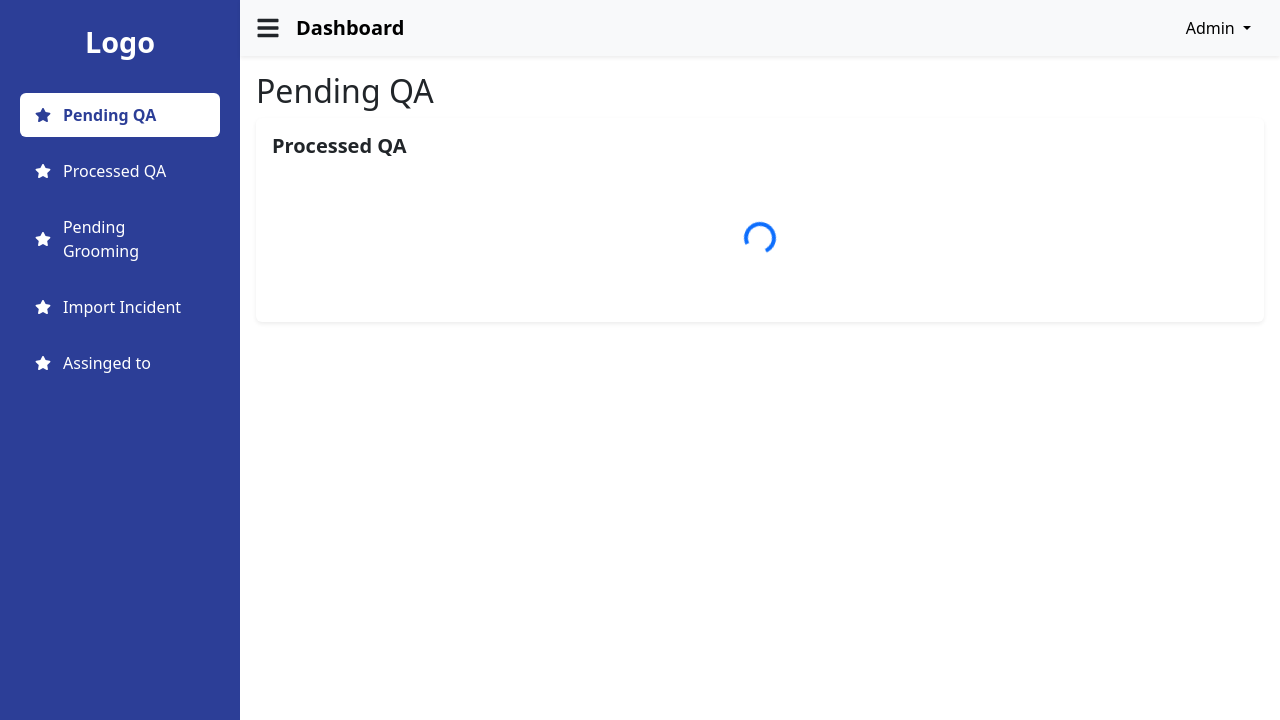
Repository: ArunGOW/ServiceNow_QA-audit
Page: /dashboard/pending-qa
An editor plug-in stored every save of this project. The page is shown before and after the next save, followed by the edit.
The browser window is 1280 px wide. The pictures show the whole page.
The project was rebuilt for these pictures with package versions that can differ from the ones it lists, and the page was loaded fresh each time. Also part of the build but not shown: vite.config.js, src/components/Login.jsx, src/components/layout/Topbar.css, src/hooks/useProcessedIncidents.jsx, src/components/tables/ProcessedQATable.jsx, src/pages/ProcessedQAPage.jsx, src/pages/GroomingPage.jsx, src/pages/ImportIncidentPage.jsx.

Above is the page before, as saved 2025-09-10 16:49:09.

### index.html
<!doctype html>
<html lang="en">
  <head>
    <meta charset="UTF-8" />
    <link rel="icon" href="data:," />
    <meta name="viewport" content="width=device-width, initial-scale=1.0" />
    <title>QA Tool</title>
  </head>
  <body>
    <div id="root"></div>
    <script type="module" src="/src/main.jsx"></script>
  </body>
</html>

### src/main.jsx
 import React from "react";
import ReactDOM from "react-dom/client";
import { BrowserRouter } from "react-router-dom";
import App from "./App";
import 'bootstrap/dist/css/bootstrap.min.css';


ReactDOM.createRoot(document.getElementById("root")).render(
  <BrowserRouter>
    <App />
  </BrowserRouter>
);

### src/App.jsx



//  import React from "react";
// import { Routes, Route, Navigate } from "react-router-dom";
// import Login from "./components/Login";
// import Dashboard from "./components/Dashboard";
// import { AuthProvider } from "./context/AuthContext";
// import ImportExcel from "./components/ImportExcel";


// function App() {
//   return (
//     <AuthProvider>
//       <Routes>

//         <Route path="/" element={<Navigate to="/login" replace />} />
//         <Route path="/login" element={<Login />} />
//         {/* <Route path="/dashboard" element={<Dashboard />} />
//         <Route path="/import-excel" element={<ImportExcel />} />

//         <Route path="/pending-qa" element={<Dashboard filter="Pending" />} /> */}
//         {/* ✅ Protect all dashboard routes */}
//         <Route
//           path="/dashboard/*"
//           element={
//             <ProtectedRoute>
//               <Layout>
//                 <Routes>
//                   <Route path="" element={<Dashboard />} />
//                   <Route path="processed-qa" element={<ProcessedQAPage />} />
//                   <Route path="pending-grooming" element={<GroomingPage />} />
//                   <Route path="import-incident" element={<ImportIncidentPage />} />
//                 </Routes>
//               </Layout>
//             </ProtectedRoute>
//           }
//         />


//       </Routes>
//     </AuthProvider>
//   );
// }

// export default App;

// src/App.jsx
import React from "react";
import { Routes, Route, Navigate } from "react-router-dom";
import Login from "./components/Login";
import Dashboard from "./components/Dashboard";
import { AuthProvider } from "./context/AuthContext";

// Pages
import PendingQAPage from "./pages/PendingQAPage";
import ProcessedQAPage from "./pages/ProcessedQAPage";
import GroomingPage from "./pages/GroomingPage";
import ImportIncidentPage from "./pages/ImportIncidentPage";

function App() {
  return (
    <AuthProvider>
      <Routes>
        {/* Redirect root to login */}
        <Route path="/" element={<Navigate to="/login" replace />} />

        {/* Login Page */}
        <Route path="/login" element={<Login />} />

        {/* Dashboard Layout with nested routes */}
        <Route path="/dashboard" element={<Dashboard />}>
          <Route path="pending-qa" element={<PendingQAPage />} />
          <Route path="processed-qa" element={<ProcessedQAPage />} />
          <Route path="pending-grooming" element={<GroomingPage />} />
          <Route path="import-incident" element={<ImportIncidentPage />} />
        </Route>
      </Routes>
    </AuthProvider>
  );
}

export default App;

### src/components/Dashboard.jsx
//  import { useState, useEffect, useContext } from "react";
// import axios from "axios";
// import Layout from "./layout/Layout";
// import PendingQATable from "./tables/PendingQATable";
// import ProcessedQATable from "./tables/ProcessedQATable";
// import PaginationControls from "./PaginationControls";
// import { AuthContext } from "../context/AuthContext";

// const Dashboard = () => {
//   const { user } = useContext(AuthContext); // ✅ get user info (user_sid)
//   const [pendingIncidents, setPendingIncidents] = useState([]);
//   const [processedIncidents, setProcessedIncidents] = useState([]);
//   const [loading, setLoading] = useState(true);
//   const [currentPage, setCurrentPage] = useState(1);
//   const [totalPages, setTotalPages] = useState(1);
//   const limit = 10;

//   useEffect(() => {
//     const fetchData = async () => {
//       if (!user?.user_sid) {
//         console.warn("⚠️ No user_sid found, skipping fetch.");
//         return;
//       }

//       setLoading(true);
//       try {
//         const skip = (currentPage - 1) * limit;

//         // ✅ Send skip, limit, and user_sid in POST body (NOT query string)
//         const res = await axios.post("http://localhost:8000/api/users/get/incidents", {
//           user_sid: user.user_sid,
//           skip,
//           limit,
//         });

//         console.log("📌 API Response:", res.data);

//         const allIncidents = res.data?.incidents || [];

//         setPendingIncidents(allIncidents.filter((i) => i.audit_status === "Pending"));
//         setProcessedIncidents(allIncidents.filter((i) => i.audit_status === "Completed"));

//         if (res.data?.totalCount) {
//           setTotalPages(Math.ceil(res.data.totalCount / limit));
//         }
//       } catch (error) {
//         console.error("❌ Error fetching incidents:", error);
//       } finally {
//         setLoading(false);
//       }
//     };

//     fetchData();
//   }, [currentPage, user]);

//   return (
//     <Layout>
//       <PendingQATable incidents={pendingIncidents} loading={loading} />
//       <ProcessedQATable incidents={processedIncidents} />
//       <div className="d-flex justify-content-center mt-3">
//         <PaginationControls
//           currentPage={currentPage}
//           totalPages={totalPages}
//           handlePrevious={() => setCurrentPage((p) => Math.max(p - 1, 1))}
//           handleNext={() => setCurrentPage((p) => p + 1)}
//         />
//       </div>
//     </Layout>
//   );
// };

// export default Dashboard;


// src/components/Dashboard.jsx
import { Outlet } from "react-router-dom";
import { useState } from "react";
import Sidebar from "./layout/Sidebar";
import Topbar from "./layout/Topbar";

const Dashboard = () => {
  const [sidebarOpen, setSidebarOpen] = useState(true);

  return (
    <div className="d-flex">
      {/* Sidebar */}
      {sidebarOpen && <Sidebar />}

      {/* Main Content */}
      <div className="flex-grow-1">
        <Topbar onToggleSidebar={() => setSidebarOpen(!sidebarOpen)} />
        <div className="p-3">
          <Outlet /> {/* Child routes render here */}
        </div>
      </div>
    </div>
  );
};

export default Dashboard;

### src/context/AuthContext.jsx
//  // src/context/AuthContext.jsx
// import { createContext, useContext, useState, useEffect } from "react";

// const AuthContext = createContext();

// export const AuthProvider = ({ children }) => {
//   const [user, setUser] = useState(null);

//   useEffect(() => {
//     const storedUser = localStorage.getItem("user");
//     if (storedUser) {
//       setUser(JSON.parse(storedUser));
//     }
//   }, []);

//   const login = (userData) => {
//     setUser(userData);
//     localStorage.setItem("user", JSON.stringify(userData));
//   };

//   const logout = () => {
//     setUser(null);
//     localStorage.removeItem("user");
//   };

//   return (
//     <AuthContext.Provider value={{ user, login, logout }}>
//       {children}
//     </AuthContext.Provider>
//   );
// };

// // ✅ Add this export
// export const useAuth = () => useContext(AuthContext);


// src/context/AuthContext.jsx
import React, { createContext, useContext, useState, useEffect } from "react";

const AuthContext = createContext();

export const AuthProvider = ({ children }) => {
  const [user, setUser] = useState(null);

  useEffect(() => {
    const storedUser = localStorage.getItem("user");
    if (storedUser) {
      setUser(JSON.parse(storedUser));
    }
  }, []);

  const login = (userData) => {
    setUser(userData);
    localStorage.setItem("user", JSON.stringify(userData));
  };

  const logout = () => {
    setUser(null);
    localStorage.removeItem("user");
  };

  return (
    <AuthContext.Provider value={{ user, login, logout }}>
      {children}
    </AuthContext.Provider>
  );
};

export const useAuth = () => useContext(AuthContext);

### src/pages/PendingQAPage.jsx
 import React, { useState } from "react";
import usePendingIncidents from "../hooks/usePendingIncidents";
import PendingQATable from "../components/tables/PendingQATable";

const PendingQAPage = () => {
  const [currentPage, setCurrentPage] = useState(1);
  const { pendingIncidents, loading, totalPages } = usePendingIncidents(currentPage, 10);

  return (
    <div>
      <h2>Pending QA</h2>
      <PendingQATable incidents={pendingIncidents} loading={loading} />
    </div>
  );
};

export default PendingQAPage;

### src/components/layout/sidebar.jsx
//  // src/components/layout/Sidebar.jsx
// import { Nav } from "react-bootstrap";
// import { FaStar } from "react-icons/fa";
// import { Link, useLocation } from "react-router-dom";

// const Sidebar = () => {
//   const location = useLocation();

//   const menuItems = [
//     { path: "/pending-qa", label: "Pending QA" },
//     { path: "/processed-qa", label: "Processed QA" },
//     { path: "/pending-grooming", label: "Pending Grooming" },
//     { path: "/import-incident", label: "Import Incident" },
//     { path: "/export-incident", label: "Export Incident" },
//   ];

//   return (
//     <div>
//       <h2 className="p-3 fw-bold border-bottom">Logo</h2>
//       <Nav className="flex-column">
//         {menuItems.map((item) => (
//           <Nav.Item key={item.path}>
//             <Link
//               to={item.path}
//               className={`d-flex align-items-center px-3 py-2 text-decoration-none ${
//                 location.pathname === item.path
//                   ? "bg-light text-dark rounded"
//                   : "text-white"
//               }`}
//             >
//               <FaStar className="me-2" />
//               {item.label}
//             </Link>
//           </Nav.Item>
//         ))}
//       </Nav>
//     </div>
//   );
// };

// export default Sidebar;


// src/components/layout/Sidebar.jsx
import { NavLink } from "react-router-dom";
import { FaStar } from "react-icons/fa";
import "./Sidebar.css";

const Sidebar = () => {
  return (
    <div className="sidebar">
      <div className="logo">Logo</div>
      <nav>
        <NavLink to="/dashboard/pending-qa" activeClassName="active">
          <FaStar /> Pending QA
        </NavLink>
        <NavLink to="/dashboard/processed-qa" activeClassName="active">
          <FaStar /> Processed QA
        </NavLink>
        <NavLink to="/dashboard/pending-grooming" activeClassName="active">
          <FaStar /> Pending Grooming
        </NavLink>

        <NavLink to="/dashboard/import-incident" activeClassName="active">
          <FaStar /> Import Incident
        </NavLink>
        <NavLink to="/export-incident" activeClassName="active">
          <FaStar />  Assinged to
        </NavLink>
      </nav>
    </div>
  );
};

export default Sidebar;

### src/components/layout/Topbar.jsx
// // src/components/layout/Topbar.jsx
// import { Navbar, Nav, Dropdown } from "react-bootstrap";
// import { FaBars } from "react-icons/fa";


// const Topbar = ({ onToggleSidebar }) => {
//   return (
//     <Navbar bg="light" expand="lg" className="shadow-sm px-3">
//       <FaBars
//         className="me-3"
//         style={{ cursor: "pointer", fontSize: "1.5rem" }}
//         onClick={onToggleSidebar}
//       />
//       <Navbar.Brand className="fw-bold">Dashboard</Navbar.Brand>
//       <Nav className="ms-auto">
//         <Dropdown align="end">
//           <Dropdown.Toggle variant="light" id="dropdown-basic">
//             Admin
//           </Dropdown.Toggle>
//           <Dropdown.Menu>
//             <Dropdown.Item>Profile</Dropdown.Item>
//             <Dropdown.Item>Logout</Dropdown.Item>
//           </Dropdown.Menu>
//         </Dropdown>
//       </Nav>
//     </Navbar>
//   );
// };

// export default Topbar;


 // src/components/layout/Topbar.jsx
import { Navbar, Nav, Dropdown } from "react-bootstrap";
import { FaBars } from "react-icons/fa";
import { useAuth } from "../../context/AuthContext";   // ✅ import hook
import { useNavigate } from "react-router-dom";
import './Topbar.css'

const Topbar = ({ onToggleSidebar }) => {
  const { logout, user } = useAuth();  // ✅ get user + logout
  const navigate = useNavigate();

  const handleLogout = () => {
    logout();            // clear user + localStorage
    navigate("/login");  // redirect to login page
  };

  return (
    <Navbar bg="light" expand="lg" className="shadow-sm px-3">
      <FaBars
        className="me-3"
        style={{ cursor: "pointer", fontSize: "1.5rem" }}
        onClick={onToggleSidebar}
      />
      <Navbar.Brand className="fw-bold">Dashboard</Navbar.Brand>
      <Nav className="ms-auto">
        <Dropdown align="end">
          <Dropdown.Toggle variant="light" id="dropdown-basic">
            {user?.name || "Admin"}  {/* ✅ show logged-in user name */}
          </Dropdown.Toggle>
          <Dropdown.Menu>
            <Dropdown.Item>Profile</Dropdown.Item>
            <Dropdown.Item onClick={handleLogout}>Logout</Dropdown.Item>
          </Dropdown.Menu>
        </Dropdown>
      </Nav>
    </Navbar>
  );
};

export default Topbar;

### src/hooks/usePendingIncidents.jsx
import { useState, useEffect } from "react";
import axios from "axios";
import { useAuth } from "../context/AuthContext";

const usePendingIncidents = (currentPage, limit = 10) => {
  const { user } = useAuth();
  const [pendingIncidents, setPendingIncidents] = useState([]);
  const [loading, setLoading] = useState(true);
  const [totalPages, setTotalPages] = useState(1);

  useEffect(() => {
    const fetchData = async () => {
      if (!user?.user_sid) {
        console.warn("⚠️ No user_sid found, skipping fetch.");
        return;
      }

      setLoading(true);
      try {
        const skip = (currentPage - 1) * limit;

        const res = await axios.post("http://localhost:8000/api/users/get/incidents", {
          user_sid: user.user_sid,
          skip,
          limit,
        });

        console.log("📌 Pending API Response:", res.data);

        setPendingIncidents(res?.data);

        if (res.data?.totalCount) {
          setTotalPages(Math.ceil(res.data.totalCount / limit));
        }
      } catch (error) {
        console.error("❌ Error fetching pending incidents:", error);
      } finally {
        setLoading(false);
      }
    };

    fetchData();
  }, [currentPage, user, limit]);

  return { pendingIncidents, loading, totalPages };
};

export default usePendingIncidents;

### src/components/tables/PendingQATable.jsx
// //  // src/components/tables/PendingQATable.jsx
// // import { Table, Spinner, Badge } from "react-bootstrap";

// //  const PendingQATable = ({ incidents, loading }) => {

// //   console.log("🟢 Pending Incidents passed to table:", incidents);

// //   if (loading) return <p>Loading...</p>;

// //   if (!incidents || incidents.length === 0) {
// //     return <p>No pending incidents found.</p>;
// //   }
// //   useEffect(() => {
// //   const fetchData = async () => {
// //     if (!user?.user_sid) {
// //       console.warn("⚠️ No user_sid found, skipping fetch.");
// //       return;
// //     }

// //     setLoading(true);
// //     try {
// //       const skip = (currentPage - 1) * limit;

// //       const res = await axios.post("http://localhost:8000/api/users/get/incidents", {
// //         user_sid: user.user_sid,
// //         skip,
// //         limit,
// //       });

// //       console.log("📌 Full API Response:", res.data);

// //       const allIncidents = res.data?.incidents || [];
// //       console.log("allIncidents data",allIncidents)

// //       // 🔎 Log audit_status of each incident
// //       console.log("🔍 audit_status values from API:", allIncidents.map(i => i.audit_status));

// //       setPendingIncidents(
// //         allIncidents.filter((i) => i.audit_status?.toLowerCase() === "pending")
// //       );
// //       setProcessedIncidents(
// //         allIncidents.filter((i) => i.audit_status?.toLowerCase() === "completed")
// //       );

// //       if (res.data?.totalCount) {
// //         setTotalPages(Math.ceil(res.data.totalCount / limit));
// //       }
// //     } catch (error) {
// //       console.error("❌ Error fetching incidents:", error);
// //     } finally {
// //       setLoading(false);
// //     }
// //   };

// //   fetchData();
// // }, [currentPage, user]);


// //   return (
// //      <Table>
// //   <thead>
// //     <tr>
// //       <th>Incident #</th>
// //       <th>Handled By</th>
// //       <th>Handled On</th>
// //       <th>Current Status</th>
// //     </tr>
// //   </thead>
// //   <tbody>

// //     {console.log("pendingIncidents",incidents)}
// //     {incidents.length > 0 ? (
// //       incidents.map((incident, index) => (
// //         <tr key={incident.id || index}>
// //           <td>{incident.incident_number || "N/A"}</td>
// //           <td>{incident.handled_by || "N/A"}</td>
// //           <td>{incident.handled_on ? new Date(incident.handled_on).toLocaleDateString() : "N/A"}</td>
// //           <td>{incident.audit_status || "N/A"}</td>
// //         </tr>
// //       ))
// //     ) : (
// //       <tr>
// //         <td colSpan="4" style={{ textAlign: "center" }}>
// //           No Pending Incidents Found
// //         </td>
// //       </tr>
// //     )}
// //   </tbody>
// // </Table>

// //   );
// // };


// // export default PendingQATable;

// import React, { useEffect, useState } from "react";

// const PendingQATable = ({ incidents, loading }) => {
//   const [data, setData] = useState([]);

//   useEffect(() => {
//     setData(incidents);
//   }, [incidents]);

//   if (loading) return <p>Loading...</p>;

//   return (
//     <table border="1" width="100%">
//       <thead>
//         <tr>
//           <th>Incident No</th>
//           <th>Handled By</th>
//           <th>Handled On</th>
//           <th>Current Status</th>
//         </tr>
//       </thead>
//       <tbody>
//         {data.map((incident, idx) => (
//           <tr key={idx}>
//             <td>{incident. incident_number
// }</td>
//             <td>{incident.assigned_analyst
// }</td>
// <td>{incident.incident_date
// }</td>
//             <td>{incident.audit_status}</td>
//           </tr>
//         ))}
//       </tbody>
//     </table>
//   );
// };

// export default PendingQATable;


 // src/components/tables/ProcessedQATable.jsx
import { Table, Spinner } from "react-bootstrap";

const PendingQATable = ({ incidents, loading }) => {
  console.log("inc-pemding",incidents)
  return (
    <div className="bg-white rounded shadow-sm p-3">
      <h5 className="fw-bold mb-3">Processed QA</h5>
      {loading ? (
        <div className="text-center py-5">
          <Spinner animation="border" variant="primary" />
        </div>
      ) : (
        <Table bordered hover responsive className="align-middle text-center">
          <thead className="table-light">
            <tr>
               <th>Incident No</th>
           <th>Handled By</th>
           <th>Handled On</th>
          <th>Current Status</th>
            </tr>
          </thead>
          <tbody>
            {incidents.length > 0 ? (
              incidents.map((incident, index) => (
                <tr key={index}>
                    <td>{incident. incident_number
 }</td>
             <td>{incident.assigned_analyst
}</td>
 <td>{incident.incident_date
 }</td>
            <td>{incident.audit_status}</td>
                </tr>
              ))
            ) : (
              <tr>
                <td colSpan="4">No processed QA records found.</td>
              </tr>
            )}
          </tbody>
        </Table>
      )}
    </div>
  );
};

export default PendingQATable;

### src/components/layout/Sidebar.css
/* src/components/layout/Sidebar.css */
.sidebar {
  height: 100vh;
  width: 240px;
  background-color: #2c3e97; /* Deep Blue */
  color: white;
  display: flex;
  flex-direction: column;
  padding: 20px;
}

.sidebar .logo {
  font-size: 1.8rem;
  font-weight: bold;
  text-align: center;
  margin-bottom: 30px;
}

.sidebar nav {
  display: flex;
  flex-direction: column;
  gap: 12px;
}

.sidebar a {
  display: flex;
  align-items: center;
  gap: 12px;
  padding: 10px 15px;
  text-decoration: none;
  color: white;
  font-size: 1rem;
  border-radius: 6px;
  transition: all 0.3s ease;
}

.sidebar a:hover {
  background-color: rgba(255, 255, 255, 0.15);
}

.sidebar a.active {
  background-color: white;
  color: #2c3e97;
  font-weight: bold;
}

.sidebar hr {
  border: none;
  border-top: 1px solid rgba(255, 255, 255, 0.2);
  margin: 15px 0;
}

After the next save:
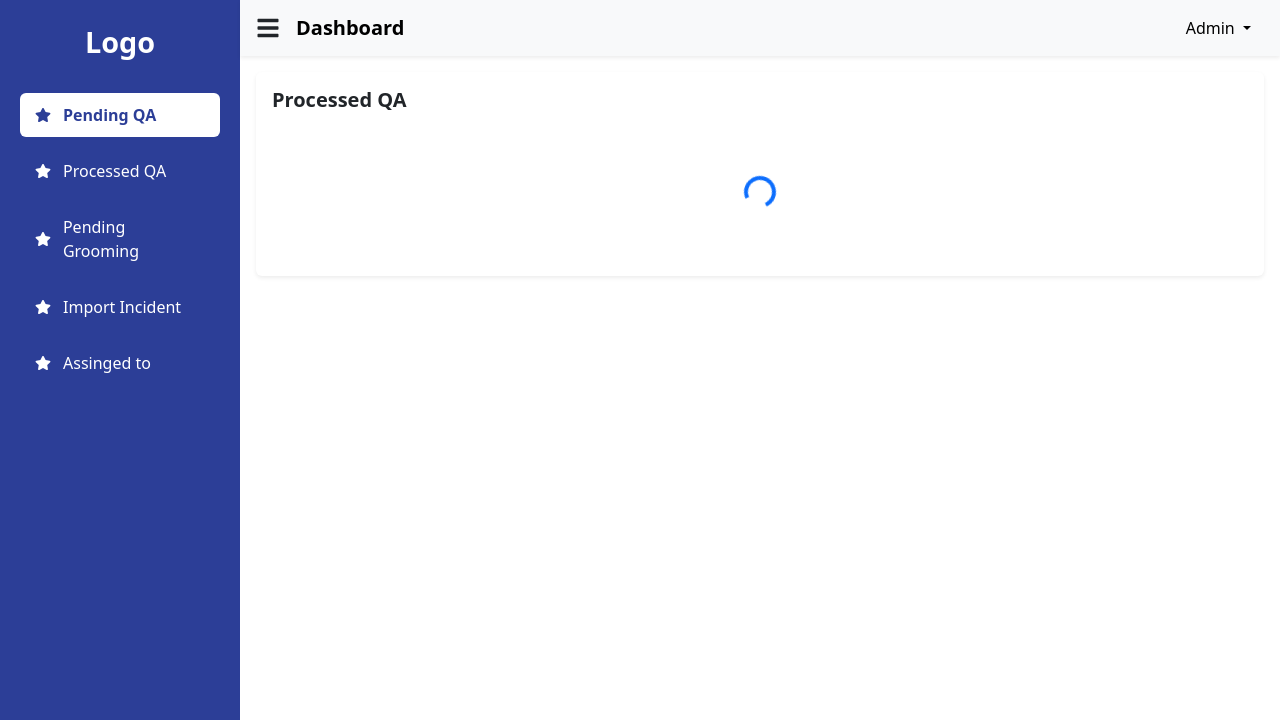
Saved 34 s later.
--- a/src/pages/PendingQAPage.jsx
+++ b/src/pages/PendingQAPage.jsx
@@ -8,7 +8,7 @@ const PendingQAPage = () => {
 
   return (
     <div>
-      <h2>Pending QA</h2>
+      {/* <h2>Pending QA</h2> */}
       <PendingQATable incidents={pendingIncidents} loading={loading} />
     </div>
   );
